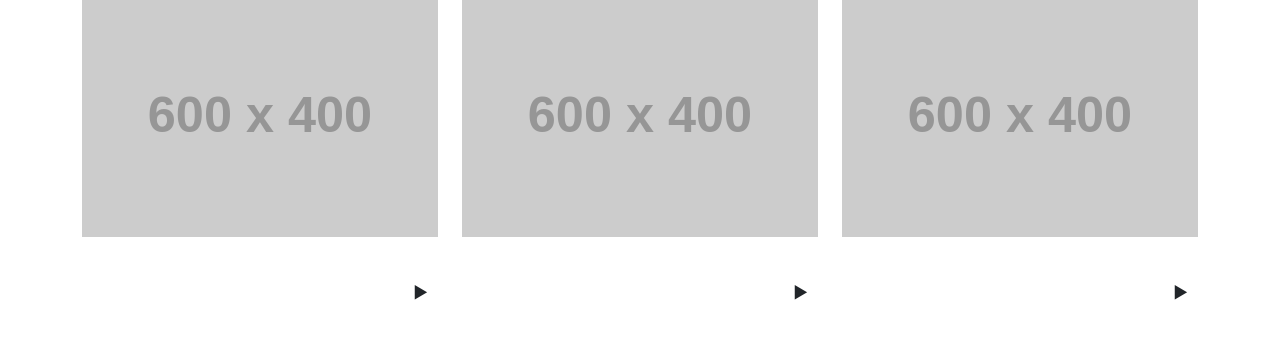
Repository: fbansept/ran4_24
Page: index.html
These files come from the project's save history. The page is drawn as it stood at one moment and after a run of saves; the edit follows.
The browser window is 1280 px wide. The pictures show the whole page.

Above is the page before, as saved 2024-10-14 11:27:32.

### index.html
<!DOCTYPE html>
<html lang="en">
  <head>
    <meta charset="UTF-8" />
    <meta name="viewport" content="width=device-width, initial-scale=1.0" />
    <title>Document</title>
    <link
      href="https://cdn.jsdelivr.net/npm/bootstrap@5.3.3/dist/css/bootstrap.min.css"
      rel="stylesheet"
      integrity="sha384-QWTKZyjpPEjISv5WaRU9OFeRpok6YctnYmDr5pNlyT2bRjXh0JMhjY6hW+ALEwIH"
      crossorigin="anonymous"
    />
    <script
      defer
      src="https://cdn.jsdelivr.net/npm/bootstrap@5.3.3/dist/js/bootstrap.bundle.min.js"
      integrity="sha384-YvpcrYf0tY3lHB60NNkmXc5s9fDVZLESaAA55NDzOxhy9GkcIdslK1eN7N6jIeHz"
      crossorigin="anonymous"
    ></script>

    <link rel="stylesheet" href="style.css">
  </head>
  <body>
    <main class="container">
      <div class="row row-cols-1 row-cols-md-3">
        <article class="col">
          <div>
            <img src="https://placehold.co/600x400" />
            <div class="button">▶</div>
          </div>
        </article>
        <article class="col">
          <div>
            <img src="https://placehold.co/600x400" />
            <div class="button">▶</div>
          </div>
        </article>
        <article class="col">
          <div>
            <img src="https://placehold.co/600x400" />
            <div class="button">▶</div>
          </div>
        </article>
      </div>
    </main>
  </body>
</html>

### style.css
.container > .row > article > div {
  position: relative;
  width: 100%;
}

.container > .row > article > div > img {
  object-fit: cover;
  width: 100%;
}

.button {
  position: absolute;
  top: 280px;
  right: 10px;
}

After the next 3 saves:
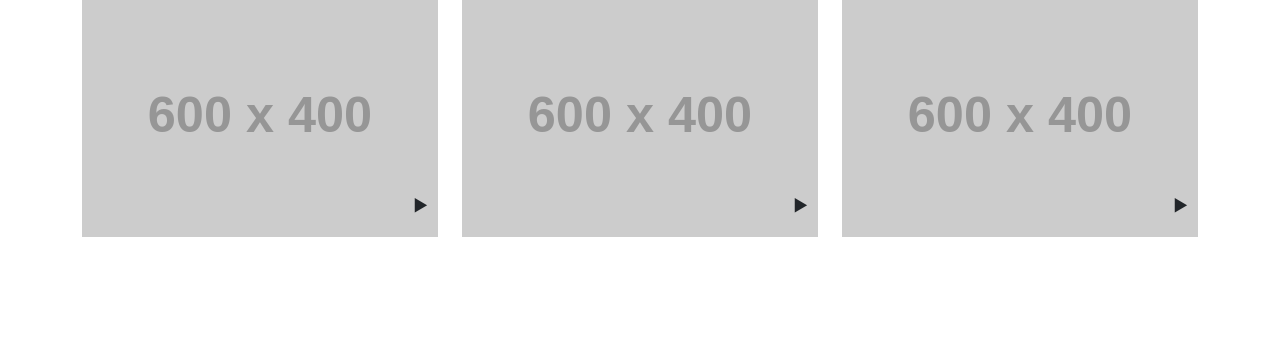
The 3 saves are shown as one change because they came seconds apart.
The last was saved 13 s later.
--- a/style.css
+++ b/style.css
@@ -10,6 +10,6 @@
 
 .button {
   position: absolute;
-  top: 280px;
+  bottom: 20px;
   right: 10px;
 }
